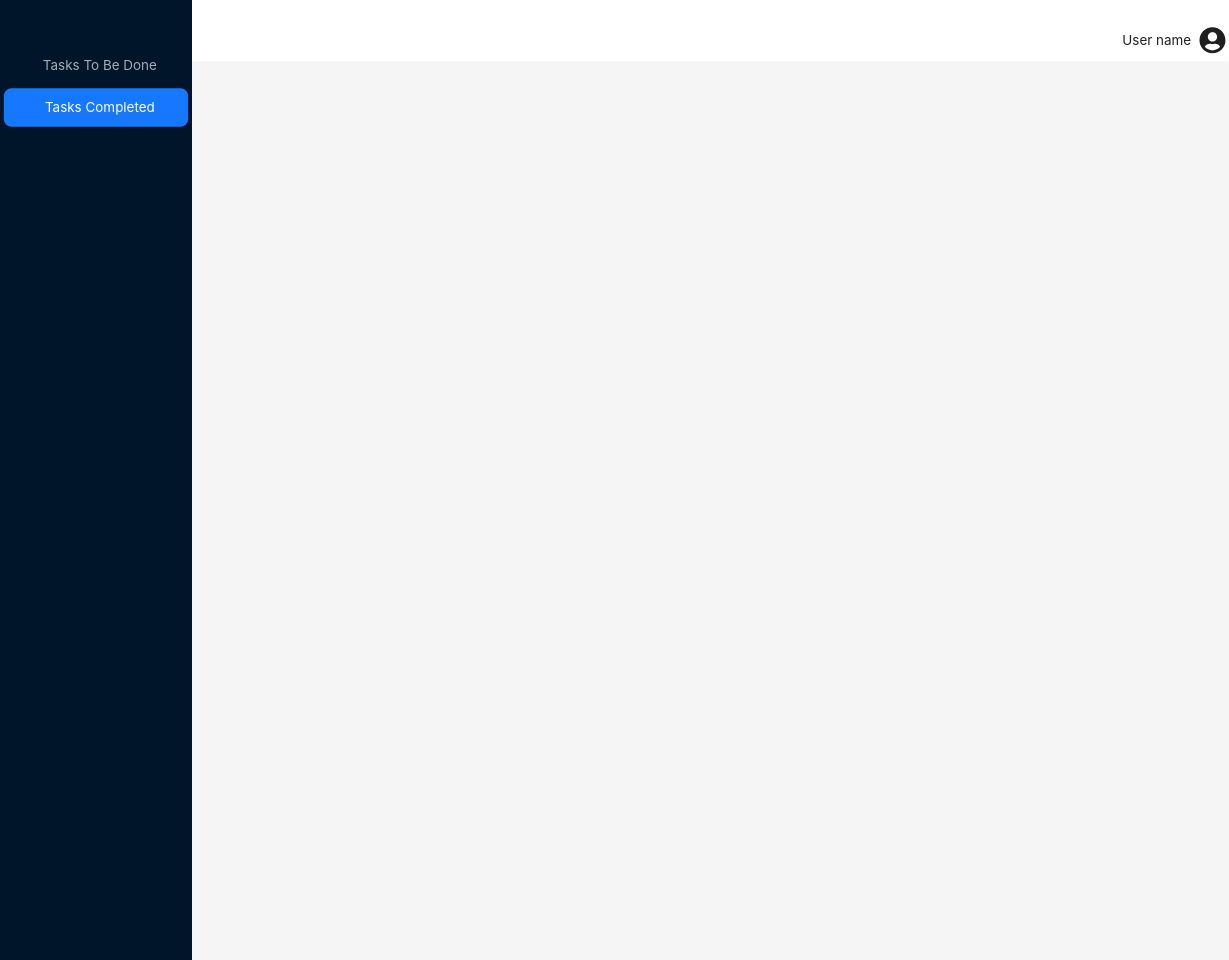
Repository: runner855/todolist_new
Page: /
The author's editor kept a copy of each file at every save. The page is drawn from the files as they stood at one save, then again after the next save.
The browser window is 1280 px wide. The pictures show the whole page, at 96% of full size.
The project was rebuilt for these pictures with package versions that can differ from the ones it lists, and the page was loaded fresh each time. Imported but missing from the stored project, and not drawn on this page: .history/src/Constants/Dictionary_20230319172700.

Above is the page before, as saved 2023-03-19 17:27:16.

After the next save:
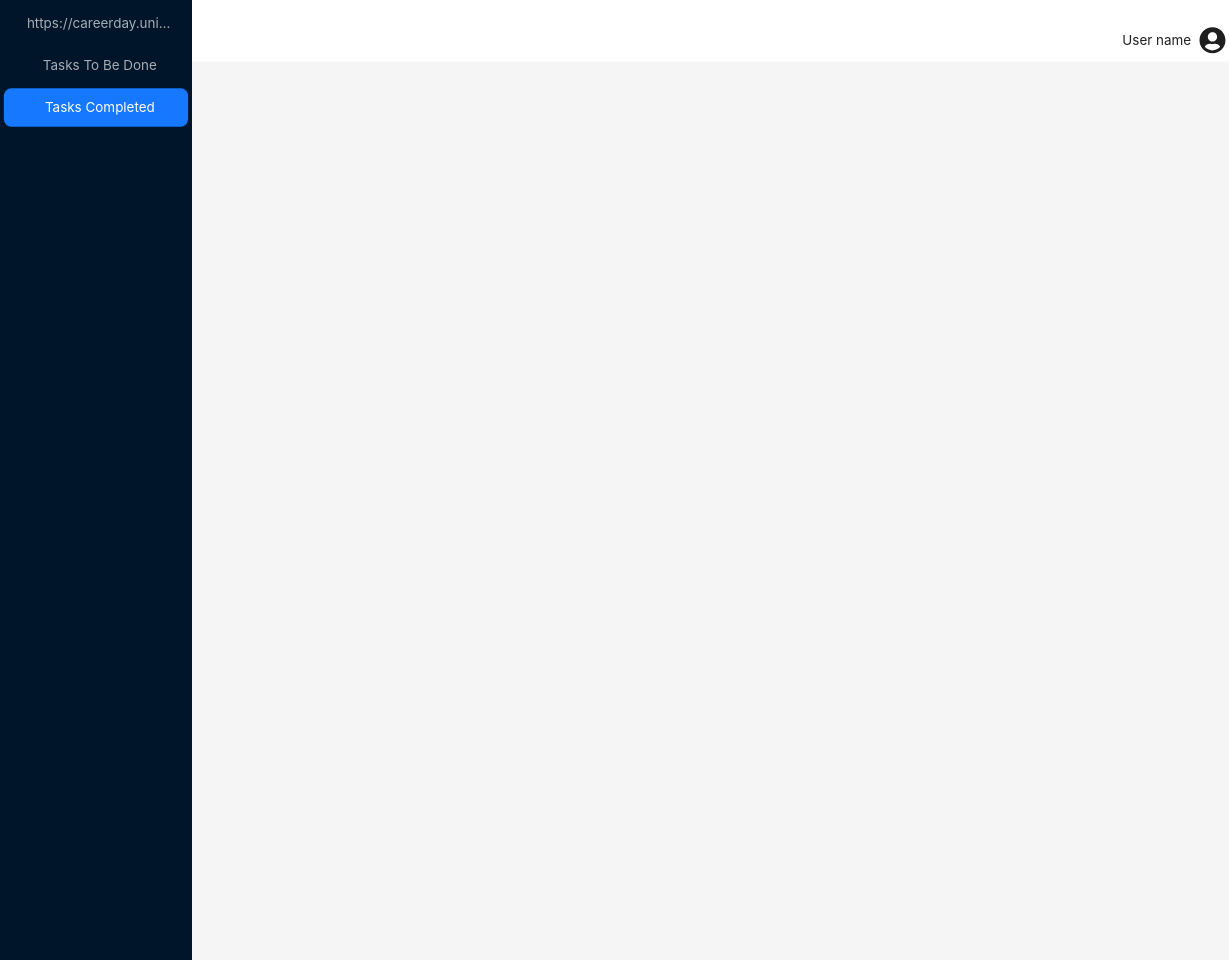
Saved 18 s later.
--- a/src/Utilities/Utility.tsx
+++ b/src/Utilities/Utility.tsx
@@ -1,6 +1,6 @@
 import { TASKS_TO_BE_DONE, TASKS_COMPLETED } from '../Constants/Dictionary';
 import { AppUrls } from '../Types/appTypes';
-import { LOGO } from '../../.history/src/Constants/Dictionary_20230319172700';
+import { LOGO } from '../Constants/Dictionary';
 export const PagesArray = [
   {label:LOGO},
   {label: TASKS_TO_BE_DONE, to: AppUrls.TASKS_TO_BE_DONE},
